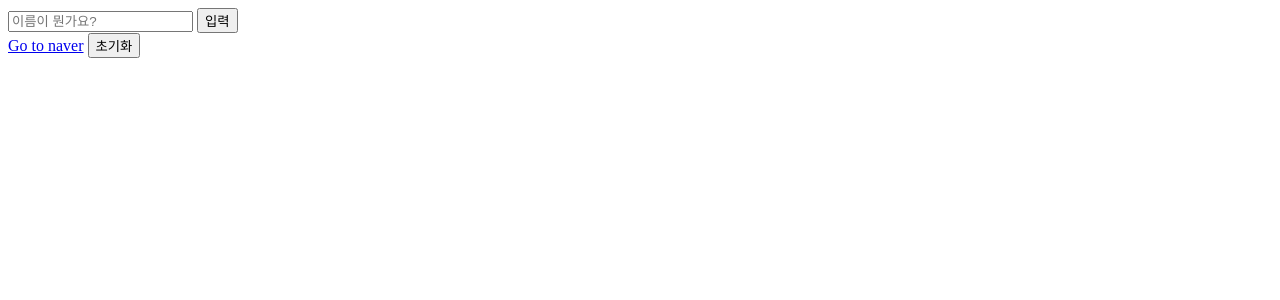
Repository: jun01270/F-E-practice
Page: index.html
The author's editor kept a copy of each file at every save. The page is drawn from the files as they stood at one save, then again after the next save.
The browser window is 1280 px wide. The pictures show the whole page.

Above is the page before, as saved 2022-12-22 16:51:42.

### index.html
<!DOCTYPE html>
<html lang="en">
  <head>
    <meta charset="UTF-8" />
    <meta http-equiv="X-UA-Compatible" content="IE=edge" />
    <meta name="viewport" content="width=device-width, initial-scale=1.0" />
    <link rel="stylesheet" href="style.css" />
    <title>Document</title>
  </head>
  <body>
    <form id="userName-form" class="hidden">
      <input required type="text" placeholder="이름이 뭔가요?" />
      <input type="submit" value="입력" />
    </form>
    <a href="https://naver.com">Go to naver</a>
    <h1 id="result" class="hidden"></h1>
    <button class="boom">초기화</button>
    <script src="app.js"></script>
  </body>
</html>

### app.js
const userNameBtn = document.querySelector("#userName-form submit");
const userName = document.querySelector("#userName-form input");
const loginForm = document.querySelector("#userName-form");
const firstH1 = document.getElementById("result");
const SavedUserName = localStorage.getItem("username");
const HIDDEN_CLASSNAME = "hidden";

function loginResult(e) {
  e.preventDefault();
  loginForm.classList.add(HIDDEN_CLASSNAME);
  const userName1 = userName.value;
  localStorage.setItem("username", userName1);
  paintUserName(userName1);
}

function paintUserName(userName) {
  firstH1.innerText = `Hello ${userName}`;
  firstH1.classList.remove(HIDDEN_CLASSNAME);
}

if (SavedUserName === null) {
  loginForm.classList.remove(HIDDEN_CLASSNAME);
  loginForm.addEventListener("submit", loginResult);
} else {
  paintUserName(SavedUserName);
}

Loaded but not shown: style.css (common file)

After the next save:
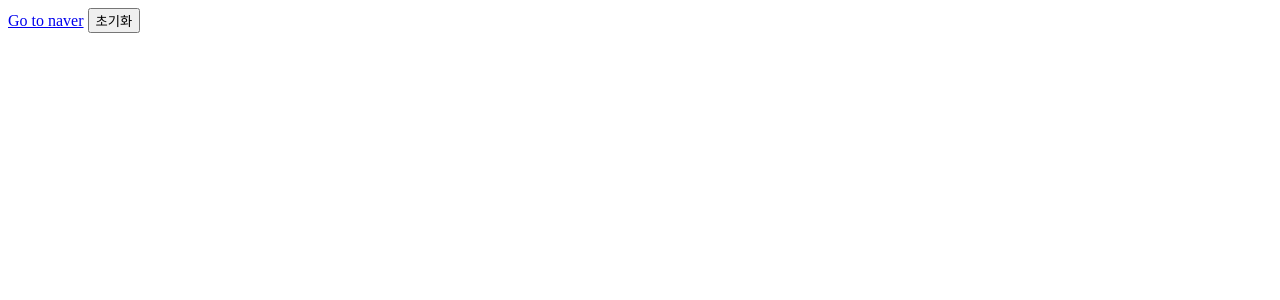
Console error: SyntaxError: Function statements require a function name
Saved 65 s later.
--- a/app.js
+++ b/app.js
@@ -4,6 +4,7 @@
 const firstH1 = document.getElementById("result");
 const SavedUserName = localStorage.getItem("username");
 const HIDDEN_CLASSNAME = "hidden";
+const toStart = document.querySelector("#boom")
 
 function loginResult(e) {
   e.preventDefault();
@@ -24,3 +25,7 @@
 } else {
   paintUserName(SavedUserName);
 }
+
+function() {
+
+}

After the save that followed:
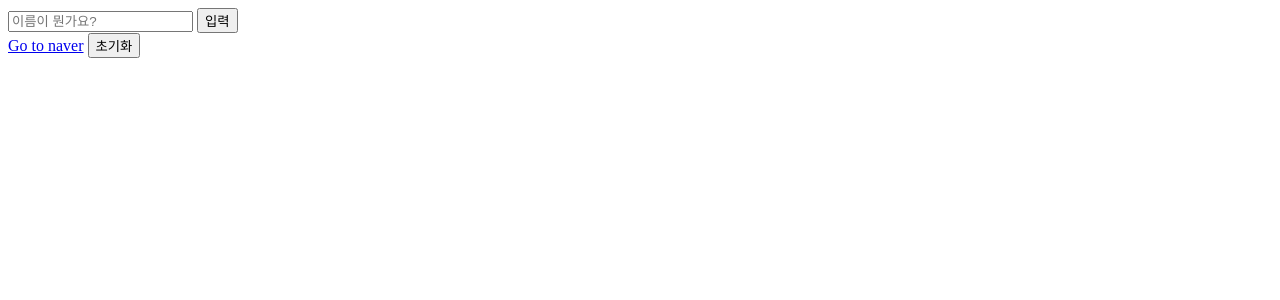
The error is gone.
Saved 7 s later.
--- a/app.js
+++ b/app.js
@@ -4,7 +4,7 @@
 const firstH1 = document.getElementById("result");
 const SavedUserName = localStorage.getItem("username");
 const HIDDEN_CLASSNAME = "hidden";
-const toStart = document.querySelector("#boom")
+const toStart = document.querySelector("#boom");
 
 function loginResult(e) {
   e.preventDefault();
@@ -26,6 +26,4 @@
   paintUserName(SavedUserName);
 }
 
-function() {
-
-}
+console.log(toStart);
